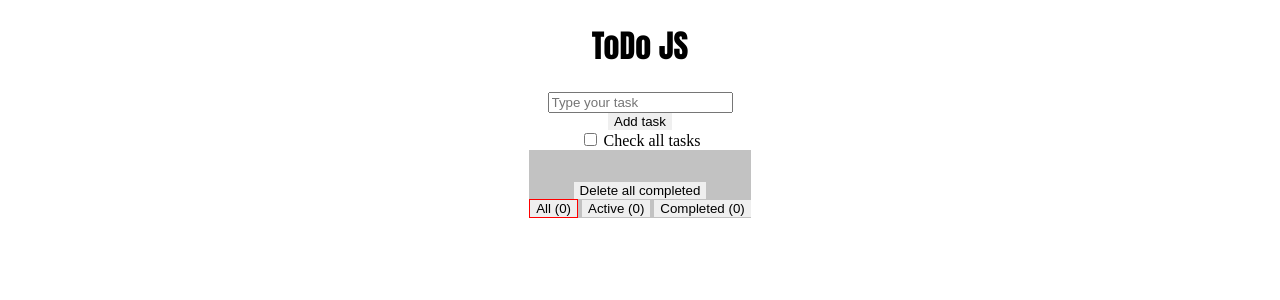
Repository: mklyagin/klyagin_todojs
Page: index.html
An editor plug-in stored every save of this project. The page is shown before and after the next save, followed by the edit.
The browser window is 1280 px wide. The pictures show the whole page.

Above is the page before, as saved 2024-02-27 15:47:16.

### index.html
<!DOCTYPE html>
<html lang="en">
  <head>
    <meta charset="UTF-8">
    <meta name="viewport" content="width=device-width, initial-scale=1.0">
    <title>ToDo JS</title>
    <link rel="stylesheet" href="./style.css">
  </head>
  <body>
    <h1>ToDo JS</h1>
    <input id="enter-task-input" placeholder="Type your task">
    <button type="button" id="add-task-button">Add task</button>
    <div class ='check-all-task'>
      <input type="checkbox" id="check-all-checkbox">
      <span>Check all tasks</span>
    </div>
    <div class="task-functions">
      <ul id="task-list"></ul>
      <button type="button" id="delete-all-completed-button">
        Delete all completed
      </button>
      <div id="tabulation">
        <button id="show-all" class="active">All (0)</button>
        <button id="show-active">Active (0)</button>
        <button id="show-completed">Completed (0)</button>
      </div>
    </div>
    <div id="pagination"></div>
    <script src="./script.js"></script>
  </body>
</html>

### style.css

body {
  display: flex;
  flex-direction: column;
  margin: auto;
  align-items: center;
  justify-content: center;
}

body > h1 {
  font-family: Impact, Haettenschweiler, 'Arial Narrow Bold', sans-serif;
}

button {
 border: none;
}

.task-functions {
  display: flex;
  flex-direction: column;
  align-items: center;
  justify-content: space-between;
  background: #c2c2c2;
}

.hidden-element {
  display: none;
}

.active {
  border: 1px solid red;
}



.page-number {
  border-radius: 100%;
}

### script.js
const buttonTaskAdd = document.querySelector('#add-task-button');
const inputTask = document.querySelector('#enter-task-input');
const ulTask = document.querySelector('#task-list');
const checkAllCheckbox = document.querySelector('#check-all-checkbox');
const deleteAllCompletedButton = document.querySelector('#delete-all-completed-button');
const tabulationDiv = document.querySelector('#tabulation');
const paginationDiv = document.querySelector('#pagination');

const ENTER_KEY = 'Enter';
const ESCAPE_KEY = 'Escape';
const QUANTITY_OF_TASKS = 5;

let taskList = [];
let taskListPages = [[]];
let filterType = 0;
let currentPage = 0;

const strValidation = (inputStr) => inputStr.replace(/[!@#$%^&*()'"`<>;:]/g, '');

const checkAllTaskStates = () => {
  checkAllCheckbox.checked = taskList.length
    ? (taskList.every((task) => task.isDone))
    : false;
};

const listToPages = (currentList) => {
  taskListPages = [[]];
  let index = 0;
  currentList.forEach((task) => {
    if (taskListPages[index].length === QUANTITY_OF_TASKS) {
      taskListPages.push([]);
      index += 1;
    }
    taskListPages[index].push(task);
  });
};

const taskFilter = (currentList) => {
  switch (filterType) {
    case (0):
      return currentList;
    case (1):
      currentList = currentList.filter((task) => !task.isDone);
      return currentList;
    case (2):
      currentList = currentList.filter((task) => task.isDone);
      return currentList;
    default:
      return undefined;
  }
};

const taskValidation = () => {
  taskList.forEach((task) => {
    task.title = task.title.trim();
  });
  taskList = taskList.filter((task) => task.title.length);
};
const taskFilterCounter = () => {
  const counter = {
    total: taskList.length,
    active: (taskList.filter((task) => !task.isDone)).length,
    completed: (taskList.filter((task) => task.isDone)).length,
  };

  return counter;
};

const taskRender = (isAdding) => {
  let listOfTasks = '';
  let prePaginationList = '';
  let currentList = [];
  taskValidation();
  currentList = taskFilter(taskList);
  listToPages(currentList);
  if (isAdding) {
    currentPage = taskListPages.length - 1;
  }
  taskListPages[currentPage].forEach((task) => {
    listOfTasks
    += `<li id=${task.id}>
    <input type="checkbox" class="check-task" ${task.isDone ? 'checked' : ''}>
    <span class="task-title">${task.title}</span>
    <input hidden class="edit-task" id=${task.id} value=${task.title} >
    <button type="button" class="delete-task">X</button>
    </li>`;
  });
  ulTask.innerHTML = listOfTasks;
  checkAllTaskStates();
  const tabNumbers = taskFilterCounter();
  for (let index = 0; index < 3; index += 1) {
    if (index === filterType) {
      tabulationDiv.children[index].classList.add('active');
    } else {
      tabulationDiv.children[index].classList.remove('active');
    }
  }
  tabulationDiv.children[0].innerHTML = `All (${tabNumbers.total})`;
  tabulationDiv.children[1].innerHTML = `Active (${tabNumbers.active})`;
  tabulationDiv.children[2].innerHTML = `Completed (${tabNumbers.completed})`;
  for (let i = 0; i < taskListPages.length; i += 1) {
    prePaginationList += `<button class="page-number ${(i === currentPage ? 'active' : '')}">${i + 1}</button>`;
  }
  paginationDiv.innerHTML = prePaginationList;
};

const setPage = (event) => {
  if (event.target.classList.contains('page-number')) {
    currentPage = event.target.innerHTML - 1;
  }
  taskRender();
};

const addTask = () => {
  const task = {
    id: Date.now(),
    title: strValidation(inputTask.value),
    isDone: false,
  };

  taskList.push(task);
  inputTask.value = '';
  taskRender(true);
};

const editVisibilityToggle = (target) => {
  target.hidden = !target.hidden;
  if (target.className === 'task-title') {
    target.nextElementSibling.hidden = !target.nextElementSibling.hidden;
    target.nextElementSibling.focus();
  } else {
    target.previousElementSibling.hidden = !target.previousElementSibling.hidden;
  }
};

const editMode = (event) => {
  if (event.target.className === 'edit-task') {
    if (event.key === ESCAPE_KEY) {
      taskRender();
    } else if (event.key === ENTER_KEY || (event.type === 'blur' && event.sourceCapabilities)) {
      event.target.value = event.target.value.trim();
      if (!event.target.value.length) {
        taskRender();
      } else {
        editVisibilityToggle(event.target.previousElementSibling);
        taskList.forEach((task) => {
          if (task.id === Number(event.target.id)) {
            task.title = strValidation(event.target.value);
          }
        });
        taskRender();
      }
    }
  }
};

const eventUlHandlerListener = (event) => {
  const eventTaskID = Number(event.target.parentNode.id);
  const elemClass = event.target.className;
  if (elemClass === 'check-task') {
    taskList.forEach((task) => {
      if (task.id === eventTaskID) {
        task.isDone = event.target.checked;
      }
      checkAllTaskStates();
    });
    taskRender();
  } else if (elemClass === 'delete-task' && event.type === 'click') {
    taskList = taskList.filter((task) => task.id !== eventTaskID);
    taskRender();
  } else if (elemClass === 'task-title' && event.detail === 2) {
    editVisibilityToggle(event.target);
  }
};

const inputTaskListener = (event) => {
  if (event.key === ENTER_KEY) {
    addTask();
    inputTask.blur();
  }
};

const deleteCompleted = () => {
  taskList = taskList.filter((task) => !task.isDone);
  taskRender();
};

const checkAll = () => {
  taskList.forEach((task) => {
    task.isDone = checkAllCheckbox.checked;
  });
  taskRender();
};

const paginationCounter = (totalNumber) => {
  switch (totalNumber) {
    case 0:
      return 0;
    case totalNumber < 0:
      return console.log('pagination counter returned num < 0');
    default:
      return (Math.ceil(totalNumber / 5) - 1);
  }
};

const tabulationListener = (event) => {
  const tabNumbers = taskFilterCounter();
  switch (event.target.id) {
    case ('show-all'):
      filterType = 0;
      currentPage = paginationCounter(tabNumbers.total);
      taskRender();
      break;
    case ('show-active'):
      filterType = 1;
      currentPage = paginationCounter(tabNumbers.active);
      taskRender();
      break;
    case ('show-completed'):
      filterType = 2;
      currentPage = paginationCounter(tabNumbers.completed);
      taskRender();
      break;
    default:
      break;
  }
};

ulTask.addEventListener('click', eventUlHandlerListener);
ulTask.addEventListener('blur', editMode, true);
ulTask.addEventListener('keydown', editMode);
buttonTaskAdd.addEventListener('click', addTask);
inputTask.addEventListener('keydown', inputTaskListener);
deleteAllCompletedButton.addEventListener('click', deleteCompleted);
checkAllCheckbox.addEventListener('click', checkAll);
tabulationDiv.addEventListener('click', tabulationListener);
paginationDiv.addEventListener('click', setPage);

After the next save:
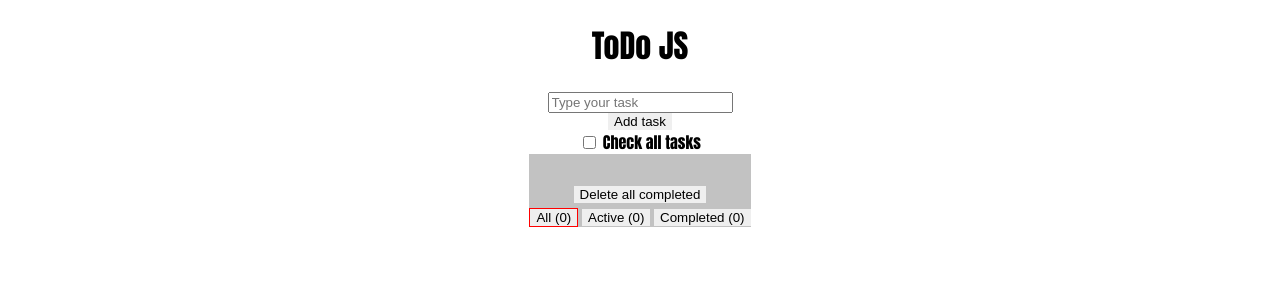
Saved 105 s later.
--- a/style.css
+++ b/style.css
@@ -5,6 +5,7 @@ body {
   margin: auto;
   align-items: center;
   justify-content: center;
+  font-family: Impact, Haettenschweiler, 'Arial Narrow Regular', sans-serif;
 }
 
 body > h1 {
